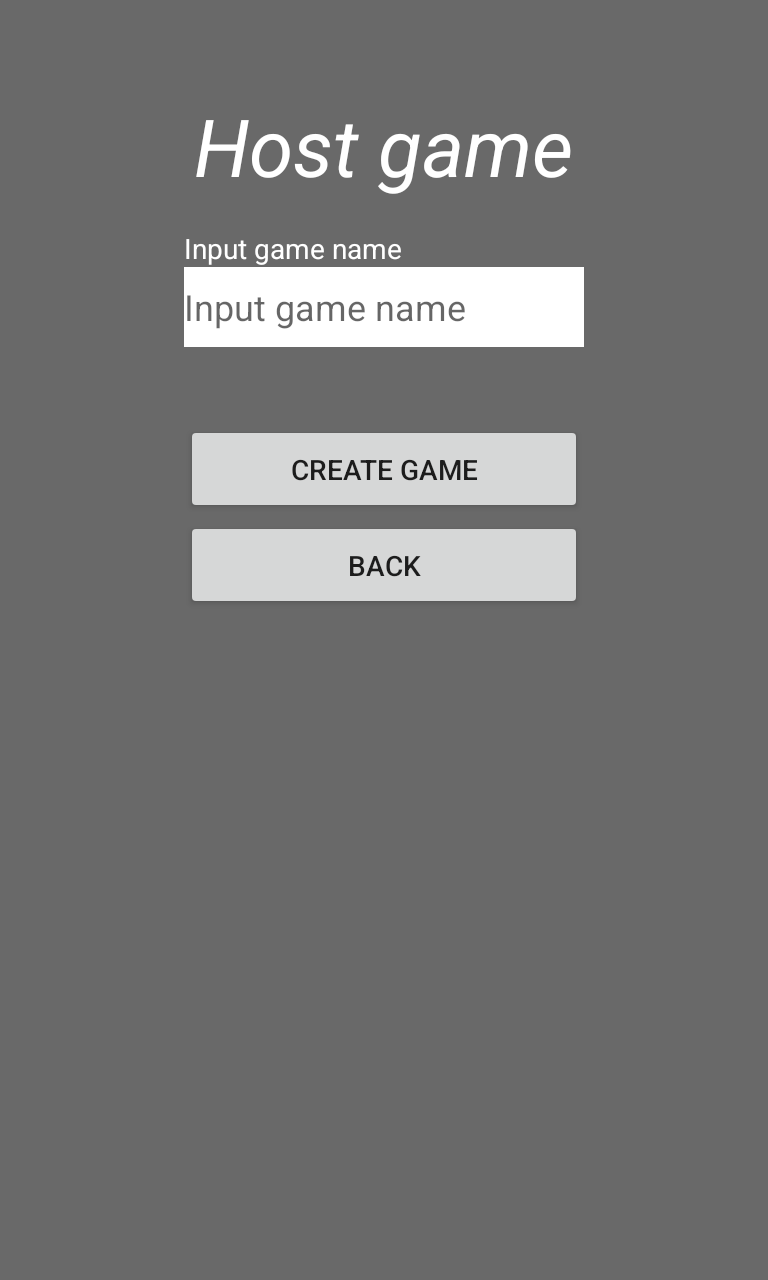
Repository: Hannanina/GuessTag
Layout: GuessTag/res/layout/activity_host.xml
The author's editor kept a copy of each file at every save. The layout is drawn from the files as they stood at one save, then again after the next save.
It is drawn on a 768 x 1280 px phone screen (xhdpi) without system bars, with theme AppTheme; the app's code is not run.

Above is the layout before, as saved 2014-12-08 10:26:51.

### GuessTag/res/layout/activity_host.xml
<LinearLayout xmlns:android="http://schemas.android.com/apk/res/android"
    xmlns:tools="http://schemas.android.com/tools"
    android:layout_width="match_parent"
    android:layout_height="match_parent"
    android:paddingBottom="@dimen/activity_vertical_margin"
    android:paddingLeft="@dimen/activity_horizontal_margin"
    android:paddingRight="@dimen/activity_horizontal_margin"
    android:paddingTop="@dimen/activity_vertical_margin"
    android:orientation="vertical"
    android:background="@color/DimGray"
    tools:context="com.example.guesstag.HostActivity" >

    <TextView
        android:id="@+id/host_heading"
        android:layout_marginTop="30dp"
        android:layout_marginBottom="15dp"
        android:layout_width="wrap_content"
	    android:layout_height="wrap_content"
	    android:layout_gravity="center"
	    android:text="@string/host_heading"
	    android:textStyle="italic"
	    android:textSize="40sp"
	    android:textColor="@color/White">
    </TextView>

    <LinearLayout
        android:id="@+id/input_container"
        android:orientation="vertical"
        android:layout_width="200dp"
        android:layout_height="96dp"
        android:layout_gravity="center" >
   		<TextView
        	android:id="@+id/game_name_instruction"
        	android:layout_width="wrap_content"
	    	android:layout_height="wrap_content"
	    	android:text="@string/game_name_instruction"
	    	android:textColor="@color/White">
    	</TextView>

    	<EditText
        	android:id="@+id/input_game_name"
        	android:layout_width="match_parent"
        	android:layout_height="40dp"
        	android:layout_gravity="center"
        	android:background="@color/White"
        	android:hint="@string/input_game_name" >

    	</EditText>
    </LinearLayout>

    <Button
	    android:id="@+id/button_create"
	    android:layout_width="200dp"
	    android:layout_height="48dp"
	    android:layout_gravity="bottom|center"
	    android:text="@string/button_create"
	    android:onClick="onClickCreate" >
	</Button>

    <Button
	    android:id="@+id/button_back"
	    android:layout_width="200dp"
	    android:layout_height="48dp"
	    android:layout_gravity="bottom|center"
	    android:text="@string/button_back"
	    android:onClick="onClickBack" >
	</Button>

</LinearLayout>

### GuessTag/res/values/colors.xml
<?xml version="1.0" encoding="utf-8"?>
<resources>
 <color name="white">#FFFFFF</color>
 <color name="yellow">#FFFF00</color>
 <color name="fuchsia">#FF00FF</color>
 <color name="red">#FF0000</color>
 <color name="silver">#C0C0C0</color>
 <color name="gray">#808080</color>
 <color name="olive">#808000</color>
 <color name="purple">#800080</color>
 <color name="maroon">#800000</color>
 <color name="aqua">#00FFFF</color>
 <color name="lime">#00FF00</color>
 <color name="teal">#008080</color>
 <color name="green">#008000</color>
 <color name="blue">#0000FF</color>
 <color name="navy">#000080</color>
 <color name="black">#000000</color>


 <color name="White">#FFFFFF</color>
 <color name="Ivory">#FFFFF0</color>
 <color name="LightYellow">#FFFFE0</color>
 <color name="Yellow">#FFFF00</color>
 <color name="Snow">#FFFAFA</color>
 <color name="FloralWhite">#FFFAF0</color>
 <color name="LemonChiffon">#FFFACD</color>
 <color name="Cornsilk">#FFF8DC</color>
 <color name="Seashell">#FFF5EE</color>
 <color name="LavenderBlush">#FFF0F5</color>
 <color name="PapayaWhip">#FFEFD5</color>
 <color name="BlanchedAlmond">#FFEBCD</color>
 <color name="MistyRose">#FFE4E1</color>
 <color name="Bisque">#FFE4C4</color>
 <color name="Moccasin">#FFE4B5</color>
 <color name="NavajoWhite">#FFDEAD</color>
 <color name="PeachPuff">#FFDAB9</color>
 <color name="Gold">#FFD700</color>
 <color name="Pink">#FFC0CB</color>
 <color name="LightPink">#FFB6C1</color>
 <color name="Orange">#FFA500</color>
 <color name="LightSalmon">#FFA07A</color>
 <color name="DarkOrange">#FF8C00</color>
 <color name="Coral">#FF7F50</color>
 <color name="HotPink">#FF69B4</color>
 <color name="Tomato">#FF6347</color>
 <color name="OrangeRed">#FF4500</color>
 <color name="DeepPink">#FF1493</color>
 <color name="Fuchsia">#FF00FF</color>
 <color name="Magenta">#FF00FF</color>
 <color name="Red">#FF0000</color>
 <color name="OldLace">#FDF5E6</color>
 <color name="LightGoldenrodYellow">#FAFAD2</color>
 <color name="Linen">#FAF0E6</color>
 <color name="AntiqueWhite">#FAEBD7</color>
 <color name="Salmon">#FA8072</color>
 <color name="GhostWhite">#F8F8FF</color>
 <color name="MintCream">#F5FFFA</color>
 <color name="WhiteSmoke">#F5F5F5</color>
 <color name="Beige">#F5F5DC</color>
 <color name="Wheat">#F5DEB3</color>
 <color name="SandyBrown">#F4A460</color>
 <color name="Azure">#F0FFFF</color>
 <color name="Honeydew">#F0FFF0</color>
 <color name="AliceBlue">#F0F8FF</color>
 <color name="Khaki">#F0E68C</color>
 <color name="LightCoral">#F08080</color>
 <color name="PaleGoldenrod">#EEE8AA</color>
 <color name="Violet">#EE82EE</color>
 <color name="DarkSalmon">#E9967A</color>
 <color name="Lavender">#E6E6FA</color>
 <color name="LightCyan">#E0FFFF</color>
 <color name="BurlyWood">#DEB887</color>
 <color name="Plum">#DDA0DD</color>
 <color name="Gainsboro">#DCDCDC</color>
 <color name="Crimson">#DC143C</color>
 <color name="PaleVioletRed">#DB7093</color>
 <color name="Goldenrod">#DAA520</color>
 <color name="Orchid">#DA70D6</color>
 <color name="Thistle">#D8BFD8</color>
 <color name="LightGrey">#D3D3D3</color>
 <color name="Tan">#D2B48C</color>
 <color name="Chocolate">#D2691E</color>
 <color name="Peru">#CD853F</color>
 <color name="IndianRed">#CD5C5C</color>
 <color name="MediumVioletRed">#C71585</color>
 <color name="Silver">#C0C0C0</color>
 <color name="DarkKhaki">#BDB76B</color>
 <color name="RosyBrown">#BC8F8F</color>
 <color name="MediumOrchid">#BA55D3</color>
 <color name="DarkGoldenrod">#B8860B</color>
 <color name="FireBrick">#B22222</color>
 <color name="PowderBlue">#B0E0E6</color>
 <color name="LightSteelBlue">#B0C4DE</color>
 <color name="PaleTurquoise">#AFEEEE</color>
 <color name="GreenYellow">#ADFF2F</color>
 <color name="LightBlue">#ADD8E6</color>
 <color name="DarkGray">#A9A9A9</color>
 <color name="Brown">#A52A2A</color>
 <color name="Sienna">#A0522D</color>
 <color name="YellowGreen">#9ACD32</color>
 <color name="DarkOrchid">#9932CC</color>
 <color name="PaleGreen">#98FB98</color>
 <color name="DarkViolet">#9400D3</color>
 <color name="MediumPurple">#9370DB</color>
 <color name="LightGreen">#90EE90</color>
 <color name="DarkSeaGreen">#8FBC8F</color>
 <color name="SaddleBrown">#8B4513</color>
 <color name="DarkMagenta">#8B008B</color>
 <color name="DarkRed">#8B0000</color>
 <color name="BlueViolet">#8A2BE2</color>
 <color name="LightSkyBlue">#87CEFA</color>
 <color name="SkyBlue">#87CEEB</color>
 <color name="Gray">#808080</color>
 <color name="Olive">#808000</color>
 <color name="Purple">#800080</color>
 <color name="Maroon">#800000</color>
 <color name="Aquamarine">#7FFFD4</color>
 <color name="Chartreuse">#7FFF00</color>
 <color name="LawnGreen">#7CFC00</color>
 <color name="MediumSlateBlue">#7B68EE</color>
 <color name="LightSlateGray">#778899</color>
 <color name="SlateGray">#708090</color>
 <color name="OliveDrab">#6B8E23</color>
 <color name="SlateBlue">#6A5ACD</color>
 <color name="DimGray">#696969</color>
 <color name="MediumAquamarine">#66CDAA</color>
 <color name="CornflowerBlue">#6495ED</color>
 <color name="CadetBlue">#5F9EA0</color>
 <color name="DarkOliveGreen">#556B2F</color>
 <color name="Indigo">#4B0082</color>
 <color name="MediumTurquoise">#48D1CC</color>
 <color name="DarkSlateBlue">#483D8B</color>
 <color name="SteelBlue">#4682B4</color>
 <color name="RoyalBlue">#4169E1</color>
 <color name="Turquoise">#40E0D0</color>
 <color name="MediumSeaGreen">#3CB371</color>
 <color name="LimeGreen">#32CD32</color>
 <color name="DarkSlateGray">#2F4F4F</color>
 <color name="SeaGreen">#2E8B57</color>
 <color name="ForestGreen">#228B22</color>
 <color name="LightSeaGreen">#20B2AA</color>
 <color name="DodgerBlue">#1E90FF</color>
 <color name="MidnightBlue">#191970</color>
 <color name="Aqua">#00FFFF</color>
 <color name="Cyan">#00FFFF</color>
 <color name="SpringGreen">#00FF7F</color>
 <color name="Lime">#00FF00</color>
 <color name="MediumSpringGreen">#00FA9A</color>
 <color name="DarkTurquoise">#00CED1</color>
 <color name="DeepSkyBlue">#00BFFF</color>
 <color name="DarkCyan">#008B8B</color>
 <color name="Teal">#008080</color>
 <color name="Green">#008000</color>
 <color name="DarkGreen">#006400</color>
 <color name="Blue">#0000FF</color>
 <color name="MediumBlue">#0000CD</color>
 <color name="DarkBlue">#00008B</color>
 <color name="Navy">#000080</color>
 <color name="Black">#000000</color>
</resources>

### GuessTag/res/values/strings.xml
<?xml version="1.0" encoding="utf-8"?>
<resources>

    <string name="app_name">guess#</string>
    <string name="hello_world">Hello world!</string>
    <string name="action_settings">Settings</string>

    <!-- BACK BUTTON -->
    <string name="button_back">Back</string>

    <!-- START ACTIVITY -->
    <string name="start_heading">guess#</string>
    <string name="button_start">Start new game</string>
    <string name="button_highscore">Highscore</string>
    <string name="button_rules">Rules</string>
    <string name="title_activity_rules">RulesActivity</string>

    <!-- RULES ACTIVITY -->
    <string name="rules_heading">Rules</string>
    <string name="rules_text">Lorem ipsum dolor sit amet, consectetuer adipiscing elit, sed diam nonummy nibh euismod tincidunt ut laoreet dolore magna aliquam erat volutpat. Ut wisi enim ad minim veniam, quis nostrud exerci tation ullamcorper suscipit lobortis nisl ut aliquip ex ea commodo consequat. Duis autem vel eum iriure dolor in hendrerit in vulputate velit esse molestie consequat, vel illum dolore eu feugiat nulla facilisis at vero eros et accumsan et iusto odio dignissim qui blandit praesent luptatum zzril delenit augue duis dolore te feugait nulla facilisi. Nam liber tempor cum soluta nobis eleifend option congue nihil imperdiet doming id quod mazim placerat facer possim assum. Typi non habent claritatem insitam; est usus legentis in iis qui facit eorum claritatem. Investigationes demonstraverunt lectores legere me lius quod ii legunt saepius. Claritas est etiam processus dynamicus, qui sequitur mutationem consuetudium lectorum. Mirum est notare quam littera gothica, quam nunc putamus parum claram, anteposuerit litterarum formas humanitatis per seacula quarta decima et quinta decima. Eodem modo typi, qui nunc nobis videntur parum clari, fiant sollemnes in futurum.</string>

    <!-- NEW ACTIVITY -->
    <string name="new_heading">Start new game</string>
    <string name="button_host">Host game</string>
    <string name="button_join">Join game</string>

    <!-- HOST ACTIVITY -->
    <string name="host_heading">Host game</string>
    <string name="game_name_instruction">Input game name</string>
    <string name="difficulty_setting">Set difficulty</string>
    <string name="input_game_name">Input game name</string>
    <string name="button_create">Create game</string>

    <!-- INPUT TAG ACTIVITY -->
    <string name="title_activity_input_tag">InputTagActivity</string>
    <string name="title_activity_select_tagger">SelectTaggerActivity</string>

    <!-- TIMER ACTIVITY -->
    <string name="title_activity_timer">TimerActivity</string>
    <string name="title_activity_host">HostActivity</string>

</resources>

Loaded but not shown: GuessTag/res/values/styles.xml (common file); GuessTag/res/values-v11/styles.xml (common file); GuessTag/res/values-v14/styles.xml (common file); GuessTag/res/values/dimens.xml (common file); GuessTag/res/values-w820dp/dimens.xml (common file)

After the next save:
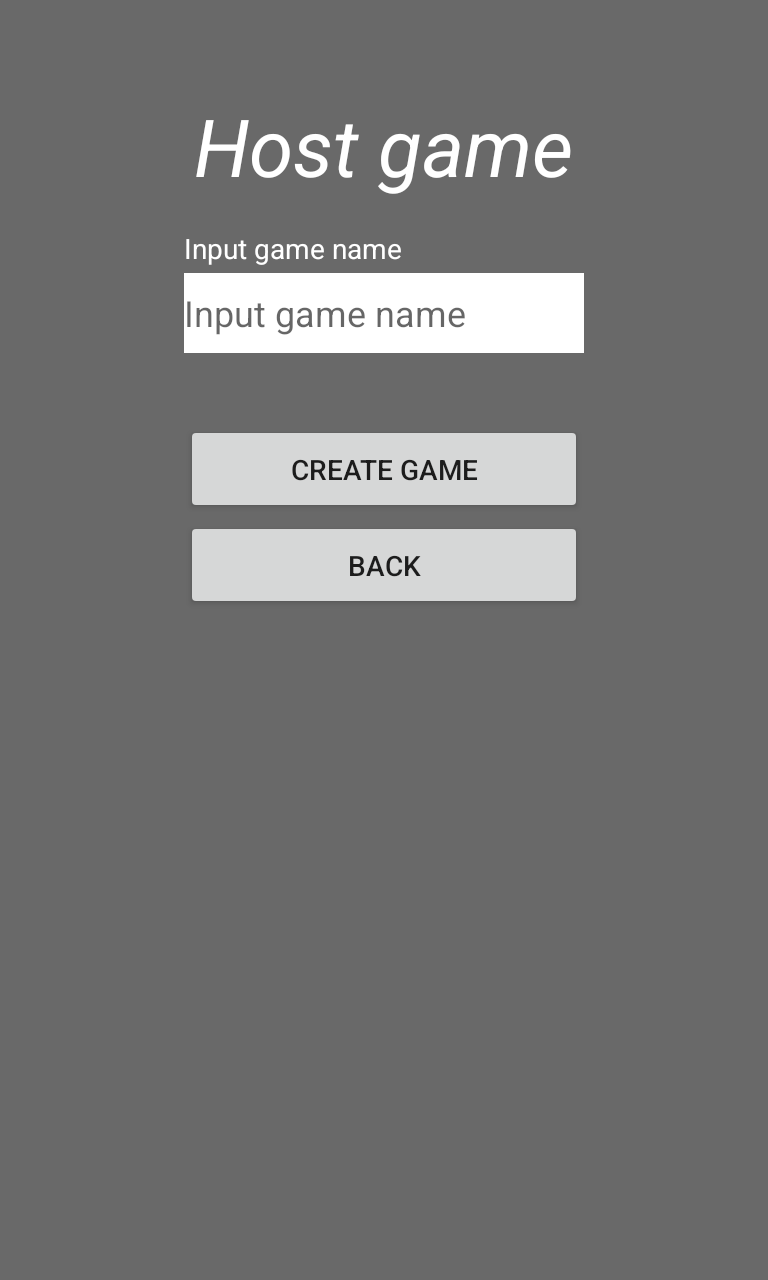
Saved 19 s later.
--- a/GuessTag/res/layout/activity_host.xml
+++ b/GuessTag/res/layout/activity_host.xml
@@ -33,6 +33,7 @@
         	android:id="@+id/game_name_instruction"
         	android:layout_width="wrap_content"
 	    	android:layout_height="wrap_content"
+	    	android:layout_marginBottom="3dp"
 	    	android:text="@string/game_name_instruction"
 	    	android:textColor="@color/White">
     	</TextView>
